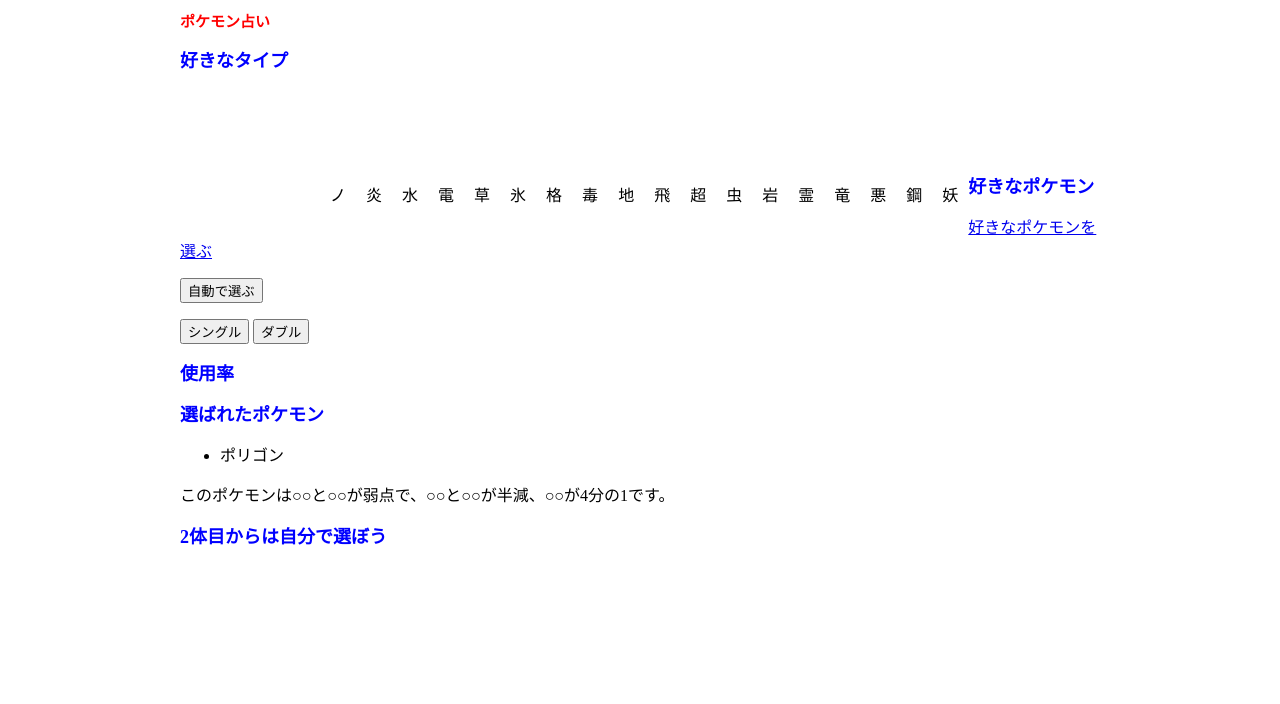
Repository: KustomApe/ksie
Page: index.html
The author's editor kept a copy of each file at every save. The page is drawn from the files as they stood at one save, then again after the next save.
The browser window is 1280 px wide. The pictures show the whole page.

Above is the page before, as saved 2021-01-10 14:04:19.

After the next save:
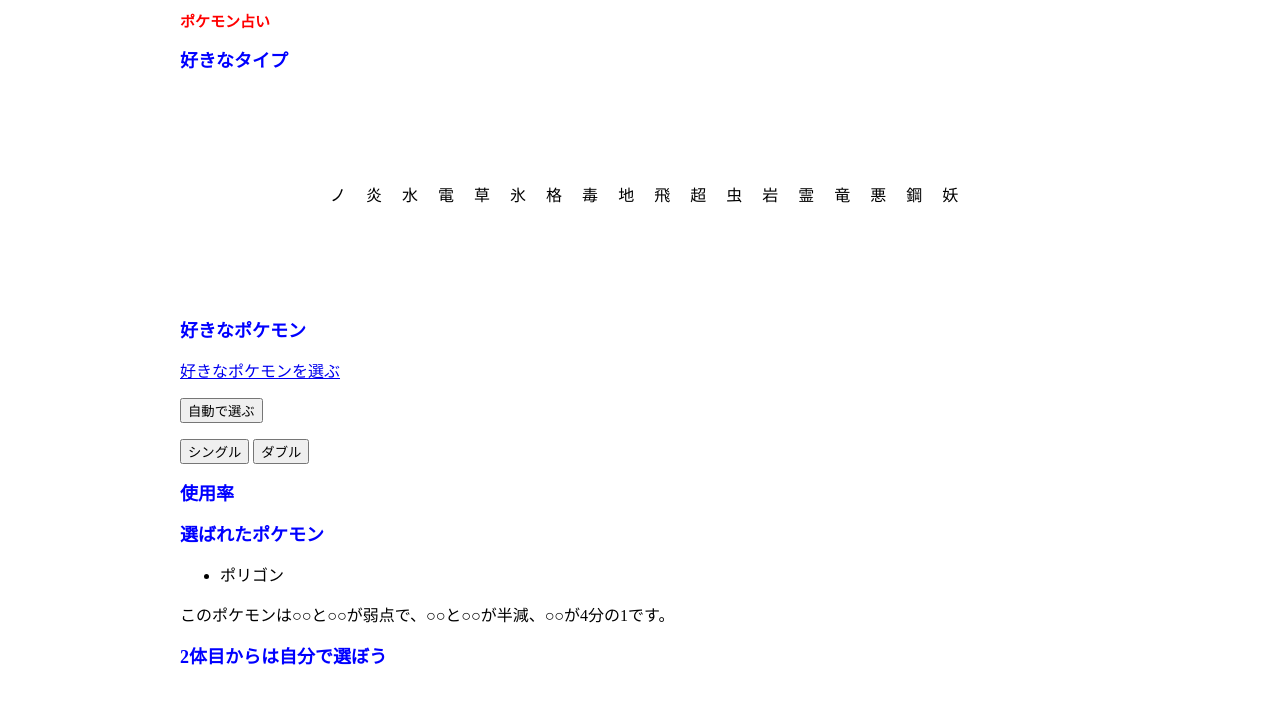
Saved 7 s later.
--- a/index.html
+++ b/index.html
@@ -11,7 +11,7 @@
     <div id="wrap">
     <h1>ポケモン占い</h1>
     <h2>好きなタイプ</h2>
-    <ul class="taipu">
+    <ul class="taipu clearfix">
         <li>ノ</li>
         <li>炎</li>
         <li>水</li>
